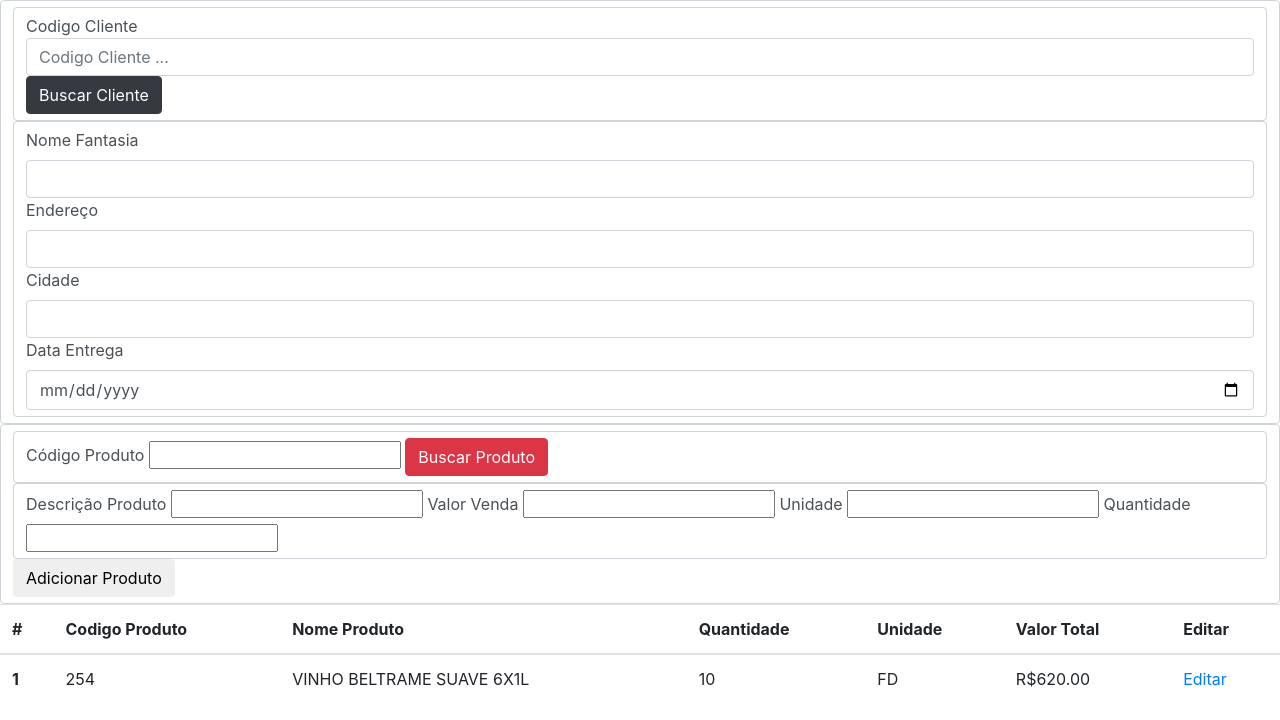
Repository: RobertoAntunes35/controle-estoque
Page: backend/templates/paginaGeracaoPedidos.html
An editor plug-in stored every save of this project. The page is shown before and after the next save, followed by the edit.
The browser window is 1280 px wide. The pictures show the whole page.
Some web libraries are served in a nearby version. The template is drawn by Flask 3. The application's start-up code is not run. The template is opened directly, without the code that normally fills it, so the values that code supplies are empty.

Above is the page before, as saved 2023-06-06 10:51:06.

After the next save:
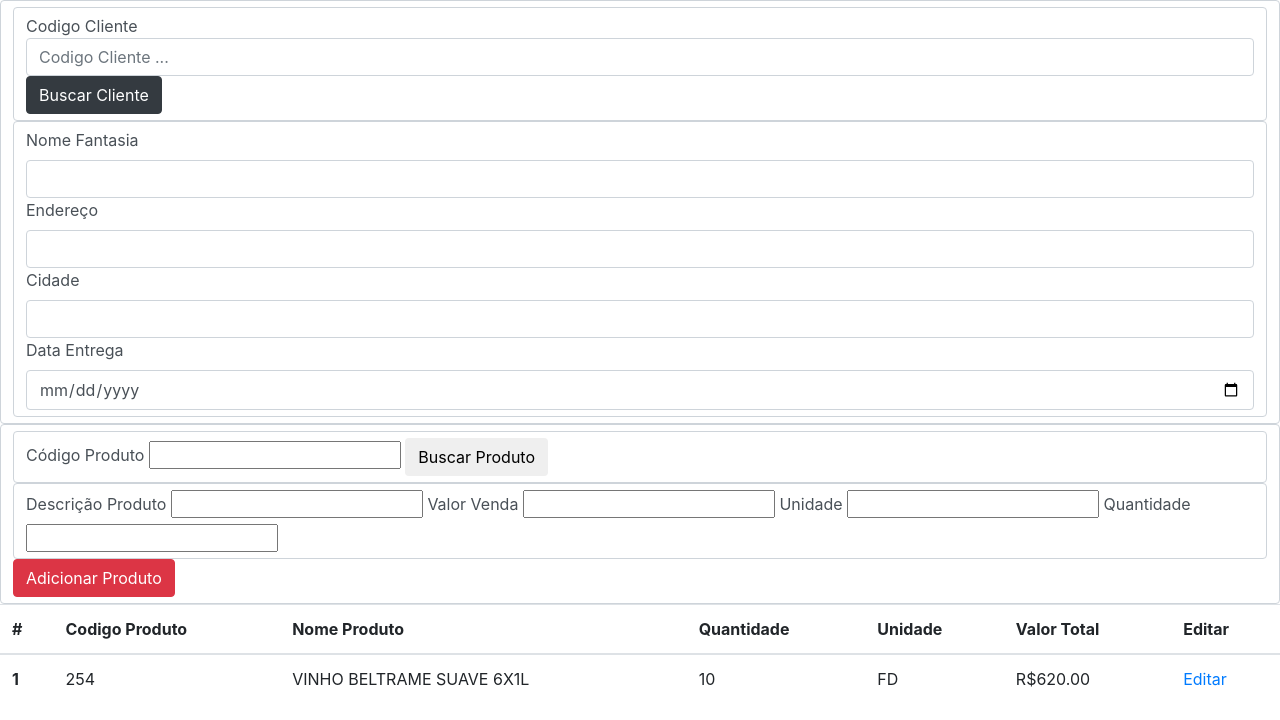
Saved 10 s later.
--- a/backend/templates/paginaGeracaoPedidos.html
+++ b/backend/templates/paginaGeracaoPedidos.html
@@ -31,7 +31,7 @@
                     <div class="busca form-control">
                         <label for="">Código Produto</label>
                         <input class="" type="text" name="codigoProduto" id="codigoProduto">
-                        <button class="btn btn-danger" id="btnBuscaProduto" name="btnBuscaProduto">Buscar Produto</button>
+                        <button class="btn" id="btnBuscaProduto" name="btnBuscaProduto">Buscar Produto</button>
                     </div>
                     <div class="dados-produtos form-control">
                         <label for="">Descrição Produto</label>
@@ -46,7 +46,7 @@
                         <label for="">Quantidade</label>
                         <input type="number">
                     </div>
-                    <button class="btn ">Adicionar Produto</button>
+                    <button class="btn btn-danger">Adicionar Produto</button>
                 </div>
 
 
